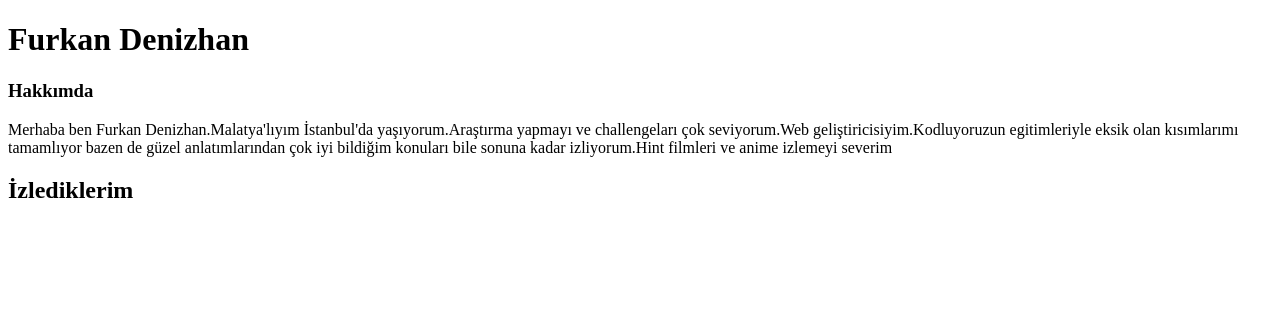
Repository: nevisende/homeworks
Page: 1-Html/index.html
These files come from the project's save history. The page is drawn as it stood at one moment and after the next save; the edit follows.
The browser window is 1280 px wide. The pictures show the whole page.

Above is the page before, as saved 2021-08-08 12:10:27.

### 1-Html/index.html
<!DOCTYPE html>
<html lang="en">
<head>
    <meta charset="UTF-8">
    <meta http-equiv="X-UA-Compatible" content="IE=edge">
    <meta name="viewport" content="width=device-width, initial-scale=1.0">
    <title>Ödev</title>
</head>
<body>
    <h1>Furkan Denizhan</h1>
    <h3>Hakkımda</h3>
    <p>Merhaba ben Furkan Denizhan.Malatya'lıyım İstanbul'da yaşıyorum.Araştırma yapmayı ve challengeları çok seviyorum.Web geliştiricisiyim.Kodluyoruzun egitimleriyle eksik olan kısımlarımı tamamlıyor bazen de güzel anlatımlarından çok iyi bildiğim konuları bile sonuna kadar izliyorum.Hint filmleri ve anime izlemeyi severim</p>

    <h2>İzlediklerim</h2>
</body>
</html>

After the next save:
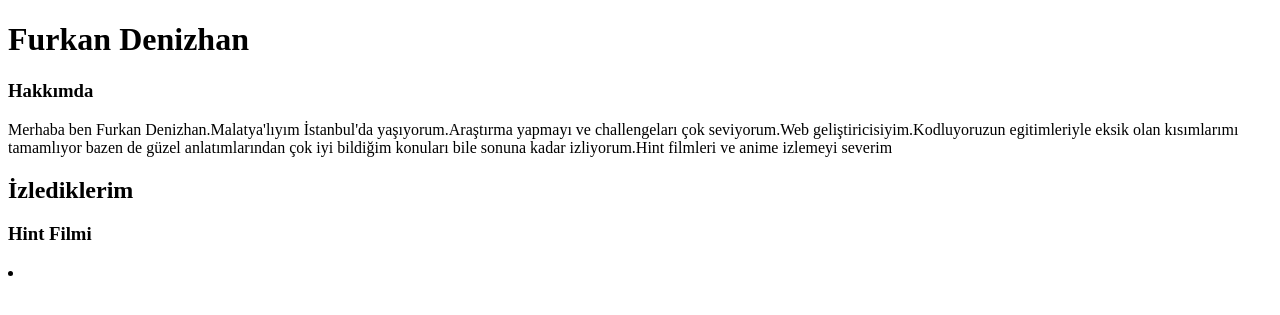
Saved 41 s later.
--- a/1-Html/index.html
+++ b/1-Html/index.html
@@ -12,5 +12,11 @@
     <p>Merhaba ben Furkan Denizhan.Malatya'lıyım İstanbul'da yaşıyorum.Araştırma yapmayı ve challengeları çok seviyorum.Web geliştiricisiyim.Kodluyoruzun egitimleriyle eksik olan kısımlarımı tamamlıyor bazen de güzel anlatımlarından çok iyi bildiğim konuları bile sonuna kadar izliyorum.Hint filmleri ve anime izlemeyi severim</p>
 
     <h2>İzlediklerim</h2>
+    <h3>Hint Filmi</h3>
+    <li>
+        <ul></ul>
+        <ul></ul>
+        <ul></ul>
+    </li>
 </body>
 </html>
